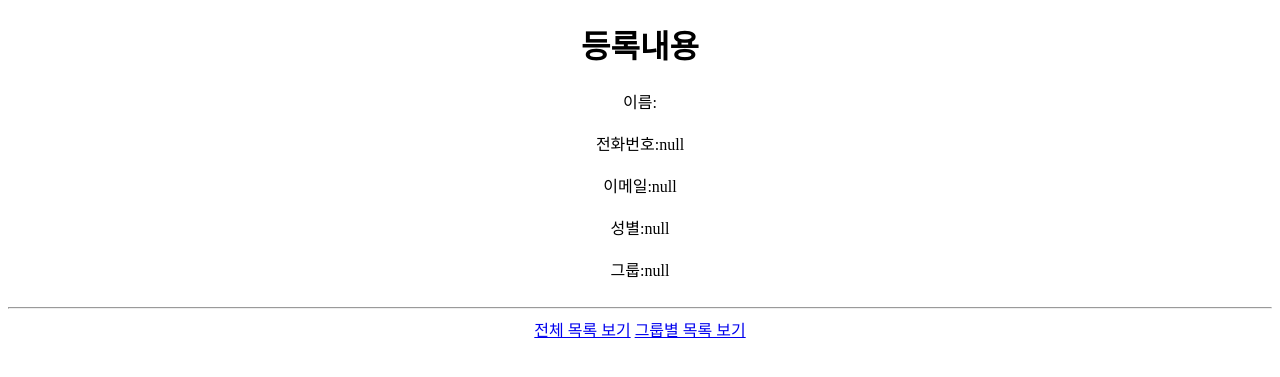
Repository: leecrossun/web-practice-javascript-2019
Page: http://localhost/First_half/Practice44/addr_add.jsp
These files come from the project's save history. The page is drawn as it stood at one moment and after the next save; the edit follows.
The browser window is 1280 px wide. The pictures show the whole page.
The page is served by Tomcat 9. Other server files are loaded and not shown.

Above is the page before, as saved 2019-12-09 17:39:01.

### JSP/First_half/WebContent/Practice44/addr_add.jsp
<%@ page language="java" contentType="text/html; charset=UTF-8"
    pageEncoding="UTF-8" import="jspbook.pr44.*"%>
<% request.setCharacterEncoding("UTF-8"); %>

<jsp:useBean id="addr" class="jspbook.pr33.AddrBean"/>
<jsp:setProperty name="addr" property="*"/>
<jsp:useBean id="am" class="jspbook.pr33.AddrManager" scope="application"/>
<% am.add(addr); %>
<!DOCTYPE html>
<html>
<head>
<meta charset="UTF-8">
<title>addr_add</title>
</head>
<body>
<div align="center">
<h1>등록내용</h1>
이름:${addr.username}<br><br>
전화번호:<jsp:getProperty name="addr" property="tel"/><br><br>
이메일:<jsp:getProperty name="addr" property="email"/><br><br>
성별:<jsp:getProperty name="addr" property="sex"/><br><br>
그룹:<jsp:getProperty name="addr" property="group"/><br><br>
<hr>
<a href="addr_list.jsp">전체 목록 보기</a>
<a href="addr_list_group.jsp">그룹별 목록 보기</a>
</div>
</body>
</html>

### JSP/First_half/src/jspbook/pr33/AddrBean.java
package jspbook.pr33;

public class AddrBean {
	// 멤버변수
	private String username;
	private String tel;
	private String email;
	private String sex;
	private String group;

	// getter setter
	public String getUsername() {
		return username;
	}
	public void setUsername(String username) {
		this.username = username;
	}
	public String getTel() {
		return tel;
	}
	public void setTel(String tel) {
		this.tel = tel;
	}
	public String getEmail() {
		return email;
	}
	public void setEmail(String email) {
		this.email = email;
	}
	public String getSex() {
		return sex;
	}
	public void setSex(String sex) {
		this.sex = sex;
	}
	public String getGroup() {
		return group;
	}
	public void setGroup(String group) {
		this.group = group;
	}


}

### JSP/First_half/src/jspbook/pr33/AddrManager.java
package jspbook.pr33;
import java.util.*;
public class AddrManager {
	List<AddrBean> addrlist = new ArrayList<AddrBean>();

	public void add(AddrBean ab)
	{
		addrlist.add(ab);
	}

	public List<AddrBean> getAddrList()
	{
		return addrlist;
	}

	public AddrBean getAddr(String username)
	{
		for (AddrBean ab : addrlist)
			if (ab.getUsername().equals(username))
				return ab;
		return null;
	}
}

After the next save:
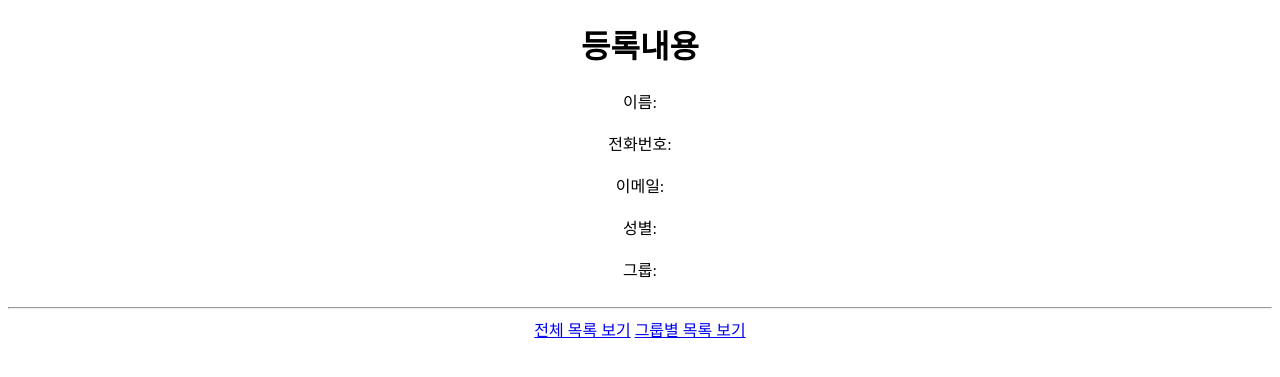
Saved 3 min 21 s later.
--- a/JSP/First_half/WebContent/Practice44/addr_add.jsp
+++ b/JSP/First_half/WebContent/Practice44/addr_add.jsp
@@ -16,10 +16,10 @@
 <div align="center">
 <h1>등록내용</h1>
 이름:${addr.username}<br><br>
-전화번호:<jsp:getProperty name="addr" property="tel"/><br><br>
-이메일:<jsp:getProperty name="addr" property="email"/><br><br>
-성별:<jsp:getProperty name="addr" property="sex"/><br><br>
-그룹:<jsp:getProperty name="addr" property="group"/><br><br>
+전화번호:${addr.tel}<br><br>
+이메일:${addr.email}<br><br>
+성별:${addr.sex}<br><br>
+그룹:${addr.group}<br><br>
 <hr>
 <a href="addr_list.jsp">전체 목록 보기</a>
 <a href="addr_list_group.jsp">그룹별 목록 보기</a>
